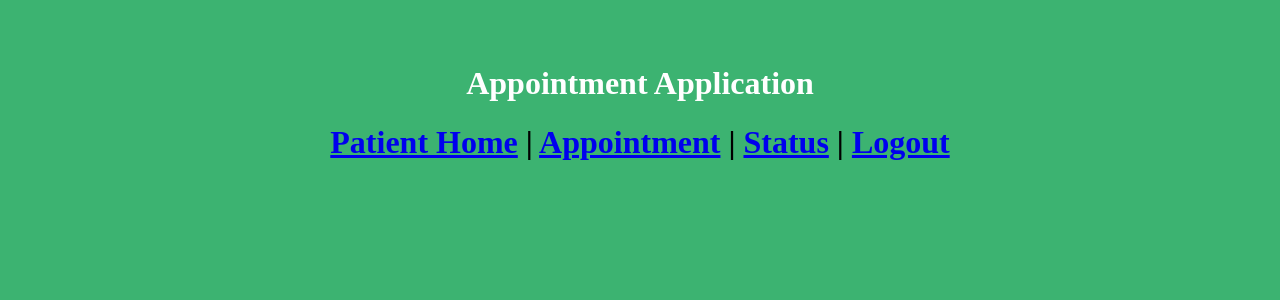
Repository: lsamirl/Exemples
Page: Doctor/WebContent/Patient_home.html
The author's editor kept a copy of each file at every save. The page is drawn from the files as they stood at one save, then again after the next save.
The browser window is 1280 px wide. The pictures show the whole page.

Above is the page before, as saved 2021-07-02 22:42:34.

### Doctor/WebContent/Patient_home.html
<html>
<body bgcolor="MediumSeaGreen ">
<br><br>
<h1 align="center" style="color:white;">Appointment Application</h1>

<h1 align="center">
<a href="Patient_home.html">Patient Home</a> |
<a href="#">Appointment</a> |
<a href="#">Status</a> |
<a href="index.html">Logout</a>

</h1>
</body>
</html>

After the next save:
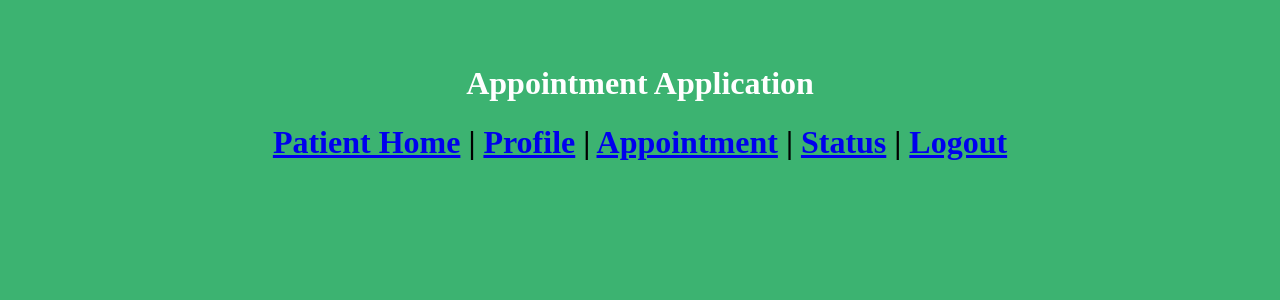
Saved 19 min 16 s later.
--- a/Doctor/WebContent/Patient_home.html
+++ b/Doctor/WebContent/Patient_home.html
@@ -5,6 +5,7 @@
 
 <h1 align="center">
 <a href="Patient_home.html">Patient Home</a> |
+<a href="profile.jsp">Profile</a> |
 <a href="#">Appointment</a> |
 <a href="#">Status</a> |
 <a href="index.html">Logout</a>
